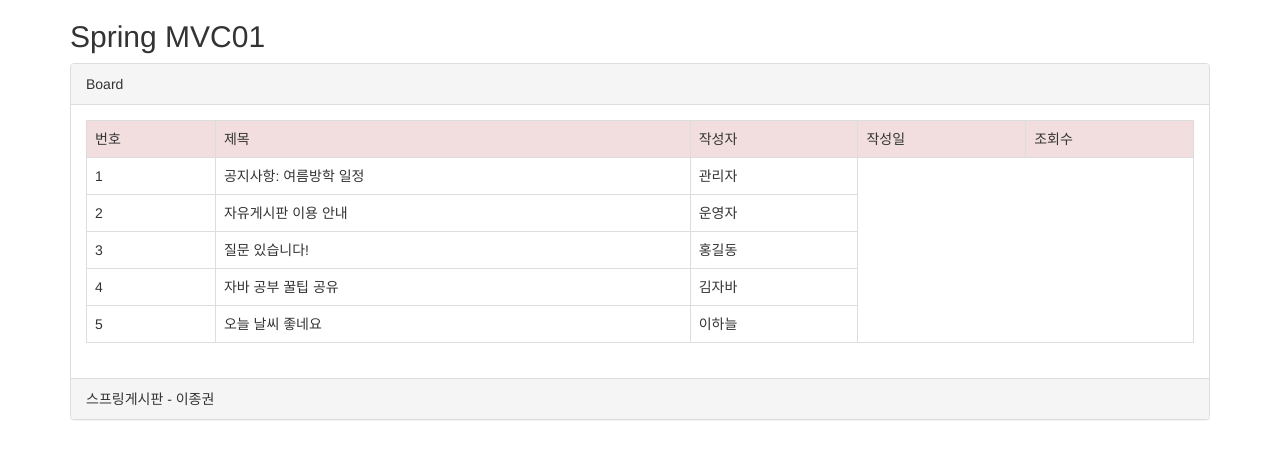
Repository: leejonggwon/PBG_SpringProject
Page: http://localhost/SpringMVC01/boardList.do
The author's editor kept a copy of each file at every save. The page is drawn from the files as they stood at one save, then again after the next save.
The browser window is 1280 px wide. The pictures show the whole page.
The page is served by Tomcat 9.

Above is the page before, as saved 2025-08-01 04:03:36.

After the next save:
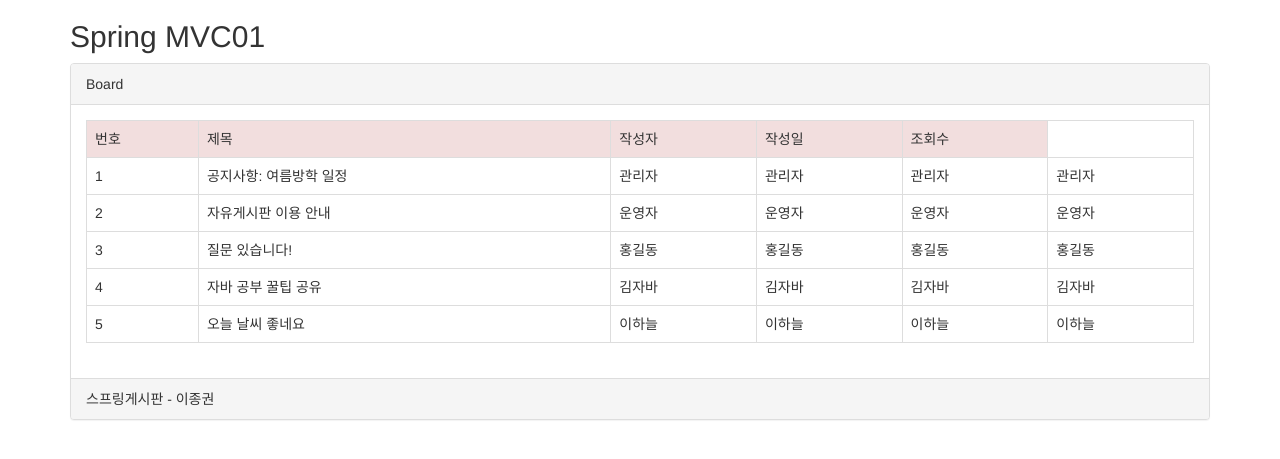
Saved 31 s later.
--- a/SpringMVC01/src/main/webapp/WEB-INF/views/boardList.jsp
+++ b/SpringMVC01/src/main/webapp/WEB-INF/views/boardList.jsp
@@ -30,6 +30,9 @@
 							<td>${board.idx}</td>
 							<td>${board.title}</td>
 							<td>${board.writer}</td>
+							<td>${board.writer}</td>
+							<td>${board.writer}</td>
+							<td>${board.writer}</td>
 						</tr>
 					</c:forEach>
 
